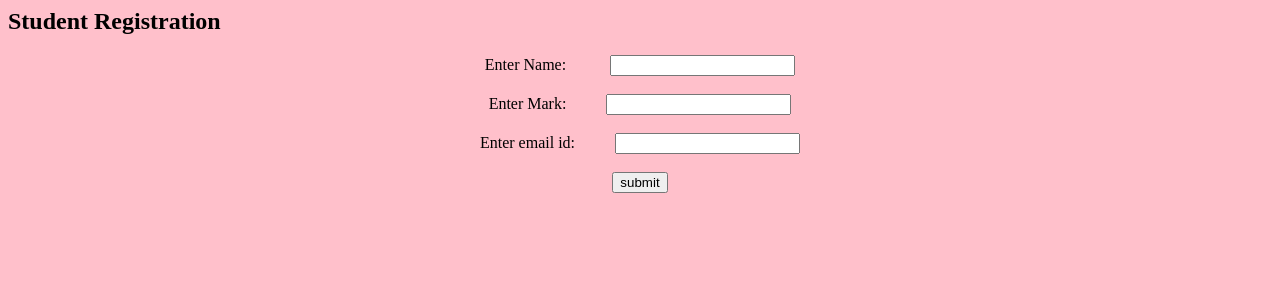
Repository: venkataswamyIppe/HiberntePracticeProblems
Page: http://localhost/HibernateIntegrateWithServlet/
The author's editor kept a copy of each file at every save. The page is drawn from the files as they stood at one save, then again after a run of saves.
The browser window is 1280 px wide. The pictures show the whole page.
The page is served by Tomcat 9. Other server files are loaded and not shown.

Above is the page before, as saved 2017-01-30 17:23:18.

### HibernateIntegrateWithServlet/WebContent/Welcome.jsp
<%@ page language="java" contentType="text/html; charset=ISO-8859-1"
	pageEncoding="ISO-8859-1"%>

<html>
<head>
<meta http-equiv="Content-Type" content="text/html; charset=ISO-8859-1">
<title>Welcome</title>
</head>
<body bgcolor="pink">
<h2>Student Registration</h2>
<center>
	<form name="form1" method="post" action="Home">

		Enter
		Name:&nbsp;&nbsp;&nbsp;&nbsp;&nbsp;&nbsp;&nbsp;&nbsp;&nbsp;&nbsp;&nbsp;<input
			type="text" name="name"></input><br />
		<br /> Enter
		Mark:&nbsp;&nbsp;&nbsp;&nbsp;&nbsp;&nbsp;&nbsp;&nbsp;&nbsp;&nbsp;<input
			type="text" name="marks"></input><br />
		<br /> Enter email
		id:&nbsp;&nbsp;&nbsp;&nbsp;&nbsp;&nbsp;&nbsp;&nbsp;&nbsp;&nbsp;<input
			type="text" name="email"></input><br />
		<br /> <input type="submit" value="submit" name="submit">
	</form>
	</center>
</body>
</html>

After the next 2 saves:
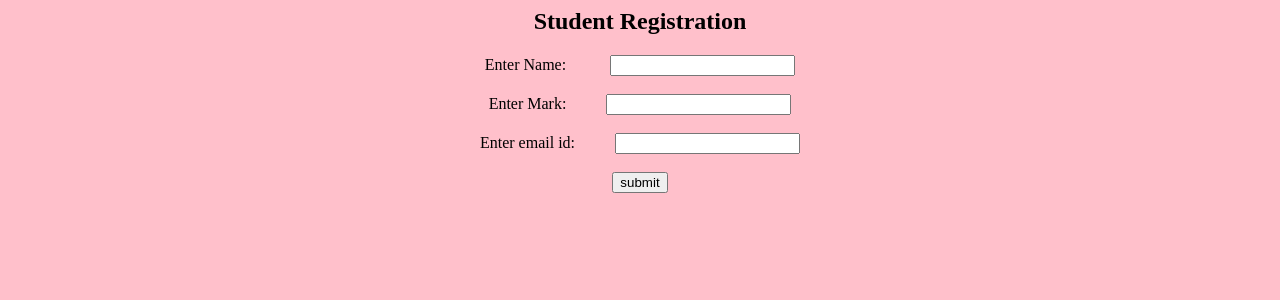
The 2 saves are shown as one change because they came seconds apart.
The last was saved 16 s later.
--- a/HibernateIntegrateWithServlet/WebContent/Welcome.jsp
+++ b/HibernateIntegrateWithServlet/WebContent/Welcome.jsp
@@ -7,8 +7,8 @@
 <title>Welcome</title>
 </head>
 <body bgcolor="pink">
+<center>
 <h2>Student Registration</h2>
-<center>
 	<form name="form1" method="post" action="Home">
 
 		Enter
